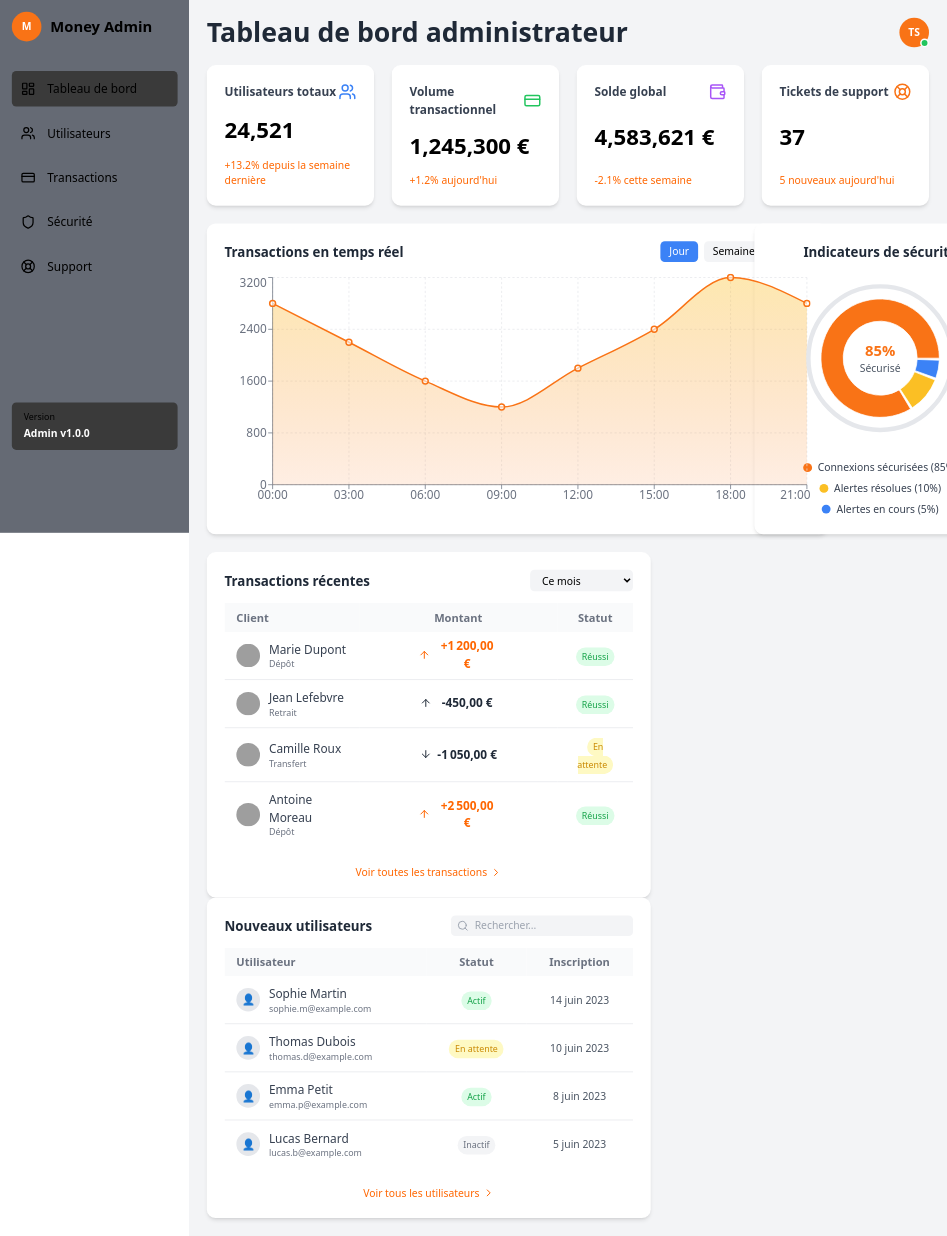
Repository: Edongo999/Dashboard
Page: /
An editor plug-in stored every save of this project. The page is shown before and after the next save, followed by the edit.
The browser window is 1280 px wide. The pictures show the whole page, at 74% of full size.
Pictures or frames that could not be fetched are drawn as grey boxes. The project was rebuilt for these pictures with package versions that can differ from the ones it lists, and the page was loaded fresh each time. Also part of the build but not shown: vite.config.ts.

Above is the page before, as saved 2025-10-14 13:16:12.

### index.html
<!doctype html>
<html lang="en">
  <head>
    <meta charset="UTF-8" />
    <link rel="icon" type="image/svg+xml" href="/vite.svg" />
    <meta name="viewport" content="width=device-width, initial-scale=1.0" />
    <title>mon_dashboard</title>
  </head>
  <body>
    <div id="root"></div>
    <script type="module" src="/src/main.tsx"></script>
  </body>
</html>

### src/App.tsx
import Sidebar from "./components/Sidebar"
import StatBlock from "./components/StatBlock"
import UserAvatar from "./components/UserAvatar"
import RealtimeChart from "./components/RealtimeChart"
import SecurityIndicators from "./components/SecurityIndicators"
import RecentActivity from "./components/RecentActivity" // ✅ AJOUT ICI
import { Users, CreditCard, Wallet, LifeBuoy } from "lucide-react"
import NewUsersTable from "./components/NewUsersTable"

const App = () => {
  const kpis = [
    {
      title: "Utilisateurs totaux",
      value: "24,521",
      subtext: "+13.2% depuis la semaine dernière",
      icon: <Users />,
      iconColor: "text-blue-500"
    },
    {
      title: "Volume transactionnel",
      value: "1,245,300 €",
      subtext: "+1.2% aujourd'hui",
      icon: <CreditCard />,
      iconColor: "text-green-500"
    },
    {
      title: "Solde global",
      value: "4,583,621 €",
      subtext: "-2.1% cette semaine",
      icon: <Wallet />,
      iconColor: "text-purple-500"
    },
    {
      title: "Tickets de support",
      value: "37",
      subtext: "5 nouveaux aujourd'hui",
      icon: <LifeBuoy />,
      iconColor: "text-orange-500"
    }
  ]

  return (
    <div className="flex min-h-screen">
      <Sidebar />
      <main className="flex-1 overflow-auto p-6 bg-[#F3F4F6]">
        {/* Titre + avatar */}
        <div className="flex items-center justify-between mb-6">
          <h1 className="text-4xl font-bold text-gray-800">
            Tableau de bord administrateur
          </h1>
          <UserAvatar />
        </div>

        {/* Cartes KPI */}
        <div className="grid grid-cols-1 sm:grid-cols-2 lg:grid-cols-4 gap-6 mb-6">
          {kpis.map((kpi, i) => (
            <StatBlock key={i} {...kpi} />
          ))}
        </div>

        {/* Section monitoring */}
        <div className="grid grid-cols-1 lg:grid-cols-2 gap-6 mb-6">
          <RealtimeChart />
          <SecurityIndicators />
        </div>

        {/* 🔧 Nouvelle section : Activité récente */}
        <RecentActivity />
        <NewUsersTable />
      </main>
    </div>
  )
}

export default App

### src/components/Sidebar.tsx
import {
  LayoutDashboard,
  Users,
  CreditCard,
  Shield,
  LifeBuoy,
  Menu
} from "lucide-react"
import { useState } from "react"

const Sidebar = () => {
  const [open, setOpen] = useState(false)
  const [active, setActive] = useState("Tableau de bord")

  const menuItems = [
    { label: "Tableau de bord", icon: <LayoutDashboard size={20} /> },
    { label: "Utilisateurs", icon: <Users size={20} /> },
    { label: "Transactions", icon: <CreditCard size={20} /> },
    { label: "Sécurité", icon: <Shield size={20} /> },
    { label: "Support", icon: <LifeBuoy size={20} /> }
  ]

  return (
    <>
      {/* Bouton hamburger mobile */}
      <button
        className="lg:hidden fixed top-4 left-4 z-50 bg-white p-2 rounded-md shadow-md"
        onClick={() => setOpen(!open)}
      >
        <Menu className="text-gray-800" />
      </button>

      {/* Sidebar */}
      <aside
        className={`fixed top-0 left-0 w-64 h-screen bg-[#656A74] text-neutral-content flex flex-col justify-between p-4 z-40 transition-transform duration-300 ${
          open ? "translate-x-0" : "-translate-x-full"
        } lg:translate-x-0 lg:static lg:block`}
        style={{ opacity: 1 }}
      >
        {/* Haut : logo */}
        <div>
          <div className="flex items-center gap-3 mb-10">
            <div className="bg-orange-500 text-white rounded-full w-10 h-10 flex items-center justify-center font-bold text-sm shrink-0">
              M
            </div>
            <span className="text-xl font-semibold whitespace-nowrap">Money Admin</span>
          </div>

          {/* Menu */}
          <ul className="space-y-3">
            {menuItems.map((item) => (
              <li key={item.label}>
                <a
                  onClick={() => setActive(item.label)}
                  className={`flex items-center gap-4 py-3 px-3 text-[16px] rounded-md transition-all duration-300 ${
                    active === item.label
                      ? "bg-[#3A3A3A]"
                      : "hover:bg-neutral-600 hover:scale-[1.02]"
                  }`}
                >
                  {item.icon}
                  {item.label}
                </a>
              </li>
            ))}
          </ul>
        </div>

        {/* Bloc version */}
        <div className="mt-40">
          <div className="bg-[#3A3A3A] rounded-md px-4 py-3 text-xs text-neutral-content/70">
            <p className="mb-1">Version</p>
            <span className="font-semibold text-sm text-white">Admin v1.0.0</span>
          </div>
        </div>
      </aside>
    </>
  )
}

export default Sidebar

### src/components/StatBlock.tsx
import { motion } from "framer-motion"

type StatBlockProps = {
  title: string
  value: string
  subtext: string
  icon: React.ReactNode
  iconColor: string
}

const StatBlock = ({ title, value, subtext, icon, iconColor }: StatBlockProps) => {
  return (
    <motion.div
      initial={{ opacity: 0, y: 30 }}
      animate={{ opacity: 1, y: 0 }}
      whileHover={{ scale: 1.03, y: -5 }}
      transition={{ duration: 0.3, ease: "easeOut" }}
      // 🔧 MODIFICATION ICI : largeur dynamique
      // Remplace `max-w-[240px]` par `flex-1` pour que chaque carte s’étire dans le layout
      className="bg-white shadow-md p-6 rounded-[12px] flex flex-col justify-between flex-1 h-[190px]"
    >
      <div className="flex justify-between items-center">
        <h3 className="text-base font-semibold text-gray-700">{title}</h3>
        <div className={`text-2xl ${iconColor}`}>{icon}</div>
      </div>
      <p className="text-3xl font-bold mt-2 text-black">{value}</p>
      <p className="text-sm mt-2 text-[#FF6600] font-medium">{subtext}</p>
    </motion.div>
  )
}

export default StatBlock

### src/components/UserAvatar.tsx
const UserAvatar = () => {
  return (
    <div className="relative">
      <div className="w-10 h-10 rounded-full bg-orange-500 text-white flex items-center justify-center font-bold text-sm">
        TS
      </div>
      <span className="absolute bottom-0 right-0 w-3 h-3 rounded-full border-2 border-white bg-green-500" />
    </div>
  )
}

export default UserAvatar

### src/components/RealtimeChart.tsx
import {
  AreaChart,
  Area,
  XAxis,
  YAxis,
  Tooltip,
  CartesianGrid,
  ResponsiveContainer
} from "recharts"
import { useState } from "react"

// 🔧 MODIFICATION ICI : valeurs fidèles à ton image
const datasets = {
  jour: [
    { time: "00:00", value: 2800 },
    { time: "03:00", value: 2200 },
    { time: "06:00", value: 1600 },
    { time: "09:00", value: 1200 },
    { time: "12:00", value: 1800 },
    { time: "15:00", value: 2400 },
    { time: "18:00", value: 3200 },
    { time: "21:00", value: 2800 }
  ],
  semaine: [
    { time: "Lun", value: 5400 },
    { time: "Mar", value: 6200 },
    { time: "Mer", value: 5800 },
    { time: "Jeu", value: 6900 },
    { time: "Ven", value: 7200 },
    { time: "Sam", value: 5100 },
    { time: "Dim", value: 4300 }
  ],
  mois: [
    { time: "S1", value: 18000 },
    { time: "S2", value: 22000 },
    { time: "S3", value: 19500 },
    { time: "S4", value: 25000 }
  ]
}

const RealtimeChart = () => {
  const [view, setView] = useState<"jour" | "semaine" | "mois">("jour")

  return (
    // 🔧 MODIFICATION ICI : largeur élargie à 840px
    <div className="bg-white rounded-[12px] shadow-md p-6 w-[840px]">
      <div className="flex items-center justify-between mb-4">
        <h2 className="text-lg font-semibold text-gray-800">Transactions en temps réel</h2>
        <div className="flex gap-2">
          {["jour", "semaine", "mois"].map((v) => (
            <button
              key={v}
              onClick={() => setView(v as "jour" | "semaine" | "mois")}
              className={`text-sm px-3 py-1 rounded-md ${
                view === v ? "bg-blue-500 text-white" : "bg-gray-100 hover:bg-gray-200"
              }`}
            >
              {v.charAt(0).toUpperCase() + v.slice(1)}
            </button>
          ))}
        </div>
      </div>

      {/* 🔧 MODIFICATION ICI : hauteur augmentée à h-80 */}
      <div className="h-80">
        <ResponsiveContainer width="100%" height="100%">
          <AreaChart data={datasets[view]}>
            <defs>
              <linearGradient id="colorValue" x1="0" y1="0" x2="0" y2="1">
                <stop offset="0%" stopColor="#FBBF24" stopOpacity={0.6} />
                <stop offset="100%" stopColor="#F97316" stopOpacity={0.2} />
              </linearGradient>
            </defs>

            {/* 🔧 Traits interrompus uniquement */}
            <CartesianGrid strokeDasharray="3 3" stroke="#E5E7EB" />
            <XAxis dataKey="time" stroke="#6B7280" />
            <YAxis stroke="#6B7280" />
            <Tooltip
              contentStyle={{ backgroundColor: "#fff", borderRadius: "8px", border: "none" }}
              labelStyle={{ color: "#374151", fontWeight: "500" }}
            />
            <Area
              type="monotone"
              dataKey="value"
              stroke="#F97316"
              strokeWidth={2}
              fill="url(#colorValue)"
              dot={{ r: 4, stroke: "#F97316", strokeWidth: 2, fill: "#fff" }}
            />
          </AreaChart>
        </ResponsiveContainer>
      </div>
    </div>
  )
}

export default RealtimeChart

### src/components/SecurityIndicators.tsx
import {
  PieChart,
  Pie,
  Cell,
  ResponsiveContainer
} from "recharts"

type SecurityLabel = "Connexions sécurisées" | "Alertes résolues" | "Alertes en cours"

const rawData: { name: SecurityLabel; value: number }[] = [
  { name: "Connexions sécurisées", value: 85 },
  { name: "Alertes résolues", value: 10 },
  { name: "Alertes en cours", value: 5 }
]

const COLOR_MAP: Record<SecurityLabel, string> = {
  "Connexions sécurisées": "#F97316",
  "Alertes résolues": "#FBBF24",
  "Alertes en cours": "#3B82F6"
}

const SecurityIndicators = () => {
  const total = rawData.reduce((sum, item) => sum + item.value, 0)

  const data = rawData.map((item) => ({
    ...item,
    percent: ((item.value / total) * 100).toFixed(0) + "%",
    color: COLOR_MAP[item.name]
  }))

  return (
    // 🔧 MODIFICATION ICI : contrôle du décalage horizontal
    // Pour décaler vers la droite, utilise `ml-2`, `ml-4`, `ml-6`, etc.
    // Pour centrer, retire `ml-*` et utilise `mx-auto`
    <div className="bg-white rounded-[12px] shadow-md p-6 w-[340px] h-[420px] ml-60 flex flex-col items-center justify-between">
      <h2 className="text-lg font-semibold text-gray-800">Indicateurs de sécurité</h2>

      {/* Donut + cercle externe */}
      <div className="relative flex items-center justify-center mt-2 mb-4">
        <div className="w-[200px] h-[200px] rounded-full border-[6px] border-gray-200 flex items-center justify-center">
          <div className="w-[160px] h-[160px]">
            <ResponsiveContainer width="100%" height="100%">
              <PieChart>
                <Pie
                  data={data}
                  dataKey="value"
                  innerRadius={50}
                  outerRadius={80}
                  paddingAngle={2}
                >
                  {data.map((item) => (
                    <Cell key={item.name} fill={item.color} />
                  ))}
                </Pie>
              </PieChart>
            </ResponsiveContainer>
          </div>

          {/* Texte centré */}
          <div className="absolute text-center">
            <p className="text-xl font-bold text-orange-500">85%</p>
            <p className="text-sm text-gray-600">Sécurisé</p>
          </div>
        </div>
      </div>

      {/* Légende en bas */}
      <div className="flex flex-col items-center gap-2 text-sm text-gray-700">
        {data.map((item) => (
          <div key={item.name} className="flex items-center gap-2">
            <span
              className="w-3 h-3 rounded-full"
              style={{ backgroundColor: item.color }}
            />
            <span>{item.name} ({item.percent})</span>
          </div>
        ))}
      </div>
    </div>
  )
}

export default SecurityIndicators

### src/components/RecentActivity.tsx
import { ChevronRight, ArrowUp, ArrowDown } from "lucide-react"

// ✅ Liste des transactions avec avatar personnalisé
const transactions = [
  {
    name: "Marie Dupont",
    type: "Dépôt",
    amount: "+1 200,00 €",
    status: "Réussi",
    avatar: "https://randomuser.me/api/portraits/women/44.jpg"
  },
  {
    name: "Jean Lefebvre",
    type: "Retrait",
    amount: "-450,00 €",
    status: "Réussi",
    avatar: "https://randomuser.me/api/portraits/men/32.jpg"
  },
  {
    name: "Camille Roux",
    type: "Transfert",
    amount: "-1 050,00 €",
    status: "En attente",
    avatar: "https://randomuser.me/api/portraits/women/65.jpg"
  },
  {
    name: "Antoine Moreau",
    type: "Dépôt",
    amount: "+2 500,00 €",
    status: "Réussi",
    avatar: "https://randomuser.me/api/portraits/men/15.jpg"
  }
]

const RecentActivity = () => {
  return (
    <div className="bg-white rounded-[12px] shadow-md p-6 w-full lg:max-w-[600px]">

      {/* ✅ Titre et filtre */}
      <div className="flex justify-between items-center mb-4">
        <h2 className="text-lg font-bold text-gray-800">Transactions récentes</h2>
        <select className="text-sm bg-gray-100 px-3 py-1 rounded-md">
          <option>Ce mois</option>
          <option>Cette semaine</option>
          <option>Aujourd'hui</option>
        </select>
      </div>

      {/* ✅ Tableau responsive */}
      <div className="overflow-x-auto">
        <table className="min-w-[500px] w-full text-[15px] text-left">
          <thead>
            <tr className="bg-[#F9FAFB] text-gray-500 font-normal">
              <th className="py-2 px-4">Client</th>
              <th className="py-2 px-20 text-center">Montant</th>
              <th className="py-2 px-4 text-center">Statut</th>
            </tr>
          </thead>
          <tbody className="divide-y divide-gray-200">
            {transactions.map((tx, i) => {
              const isDeposit = tx.type === "Dépôt"
              const arrowColor = isDeposit ? "#FF6600" : "#1F2937"
              const amountColor = isDeposit ? "text-[#FF6600]" : "text-[#1F2937]"
              const ArrowIcon = tx.status === "Réussi" ? ArrowUp : ArrowDown

              return (
                <tr key={i} className="text-gray-700 align-middle text-[16px]">

                  {/* ✅ Client avec avatar + nom + type */}
                  <td className="py-3 px-4">
                    <div className="flex items-center gap-3">
                      <img
                        src={tx.avatar}
                        alt={tx.name}
                        className="w-8 h-8 rounded-full object-cover"
                      />
                      <div>
                        <p className="font-medium">{tx.name}</p>
                        <p className="text-xs text-gray-500">{tx.type}</p>
                      </div>
                    </div>
                  </td>

                  {/* ✅ Montant bien reculé */}
                  <td className="py-3 px-20 text-center">
                    <div className="inline-flex items-center justify-center gap-2 h-6">
                      <ArrowIcon
                        className="w-4 h-4 font-bold shrink-0"
                        style={{ color: arrowColor, fontWeight: "bold" }}
                      />
                      <span className={`font-semibold ${amountColor} min-w-[80px]`}>
                        {tx.amount}
                      </span>
                    </div>
                  </td>

                  {/* ✅ Statut avec badge */}
                  <td className="py-3 px-4 text-center">
                    <span
                      className={`px-2 py-1 rounded-full text-xs font-medium ${
                        tx.status === "Réussi"
                          ? "bg-green-100 text-green-600"
                          : "bg-yellow-100 text-yellow-600"
                      }`}
                    >
                      {tx.status}
                    </span>
                  </td>
                </tr>
              )
            })}
          </tbody>
        </table>
      </div>

      {/* ✅ Bouton en bas */}
      <div className="mt-6 flex justify-center">
        <button className="text-sm text-[#FF6600] hover:underline flex items-center gap-1">
          Voir toutes les transactions <ChevronRight className="w-4 h-4" style={{ color: "#FF6600" }} />
        </button>
      </div>
    </div>
  )
}

export default RecentActivity

### src/components/NewUsersTable.tsx
import { ChevronRight, Search } from "lucide-react"

// ✅ Liste des utilisateurs simulés
const users = [
  {
    name: "Sophie Martin",
    email: "sophie.m@example.com",
    status: "Actif",
    date: "14 juin 2023"
  },
  {
    name: "Thomas Dubois",
    email: "thomas.d@example.com",
    status: "En attente",
    date: "10 juin 2023"
  },
  {
    name: "Emma Petit",
    email: "emma.p@example.com",
    status: "Actif",
    date: "8 juin 2023"
  },
  {
    name: "Lucas Bernard",
    email: "lucas.b@example.com",
    status: "Inactif",
    date: "5 juin 2023"
  }
]

const NewUsers = () => {
  return (
    <div className="bg-white rounded-[12px] shadow-md p-6 w-full lg:max-w-[600px]">

      {/* ✅ Titre et barre de recherche */}
      <div className="flex justify-between items-center mb-4">
        <h2 className="text-lg font-bold text-gray-800">Nouveaux utilisateurs</h2>
        <div className="relative">
          <input
            type="text"
            placeholder="Rechercher..."
            className="text-sm bg-gray-100 pl-8 pr-3 py-1 rounded-md"
          />
          <Search className="absolute left-2 top-1.5 w-4 h-4 text-gray-400" />
        </div>
      </div>

      {/* ✅ Tableau responsive */}
      <div className="overflow-x-auto">
        <table className="min-w-[500px] w-full text-[15px] text-left">
          <thead>
            <tr className="bg-[#F9FAFB] text-gray-500 font-normal">
              <th className="py-2 px-4">Utilisateur</th>
              <th className="py-2 px-4 text-center">Statut</th>
              <th className="py-2 px-4 text-center">Inscription</th>
            </tr>
          </thead>
          <tbody className="divide-y divide-gray-200">
            {users.map((user, i) => {
              const statusColor =
                user.status === "Actif"
                  ? "bg-green-100 text-green-600"
                  : user.status === "En attente"
                  ? "bg-yellow-100 text-yellow-600"
                  : "bg-gray-100 text-gray-500"

              return (
                <tr key={i} className="text-gray-700 align-middle text-[16px]">

                  {/* ✅ Nom + email + icône */}
                  <td className="py-3 px-4">
                    <div className="flex items-center gap-3">
                      <div className="w-8 h-8 rounded-full bg-gray-200 flex items-center justify-center">
                        <span className="text-gray-500 text-sm">👤</span>
                      </div>
                      <div>
                        <p className="font-medium">{user.name}</p>
                        <p className="text-xs text-gray-500">{user.email}</p>
                      </div>
                    </div>
                  </td>

                  {/* ✅ Statut avec badge */}
                  <td className="py-3 px-4 text-center">
                    <span className={`px-2 py-1 rounded-full text-xs font-medium ${statusColor}`}>
                      {user.status}
                    </span>
                  </td>

                  {/* ✅ Date d’inscription */}
                  <td className="py-3 px-4 text-center">
                    <span className="text-sm text-gray-600">{user.date}</span>
                  </td>
                </tr>
              )
            })}
          </tbody>
        </table>
      </div>

      {/* ✅ Lien en bas */}
      <div className="mt-6 flex justify-center">
        <button className="text-sm text-[#FF6600] hover:underline flex items-center gap-1">
          Voir tous les utilisateurs <ChevronRight className="w-4 h-4" style={{ color: "#FF6600" }} />
        </button>
      </div>
    </div>
  )
}

export default NewUsers

Loaded but not shown: src/main.tsx (common file); src/index.css (common file); tailwind.config.js (26 lines, source omitted)

After the next save:
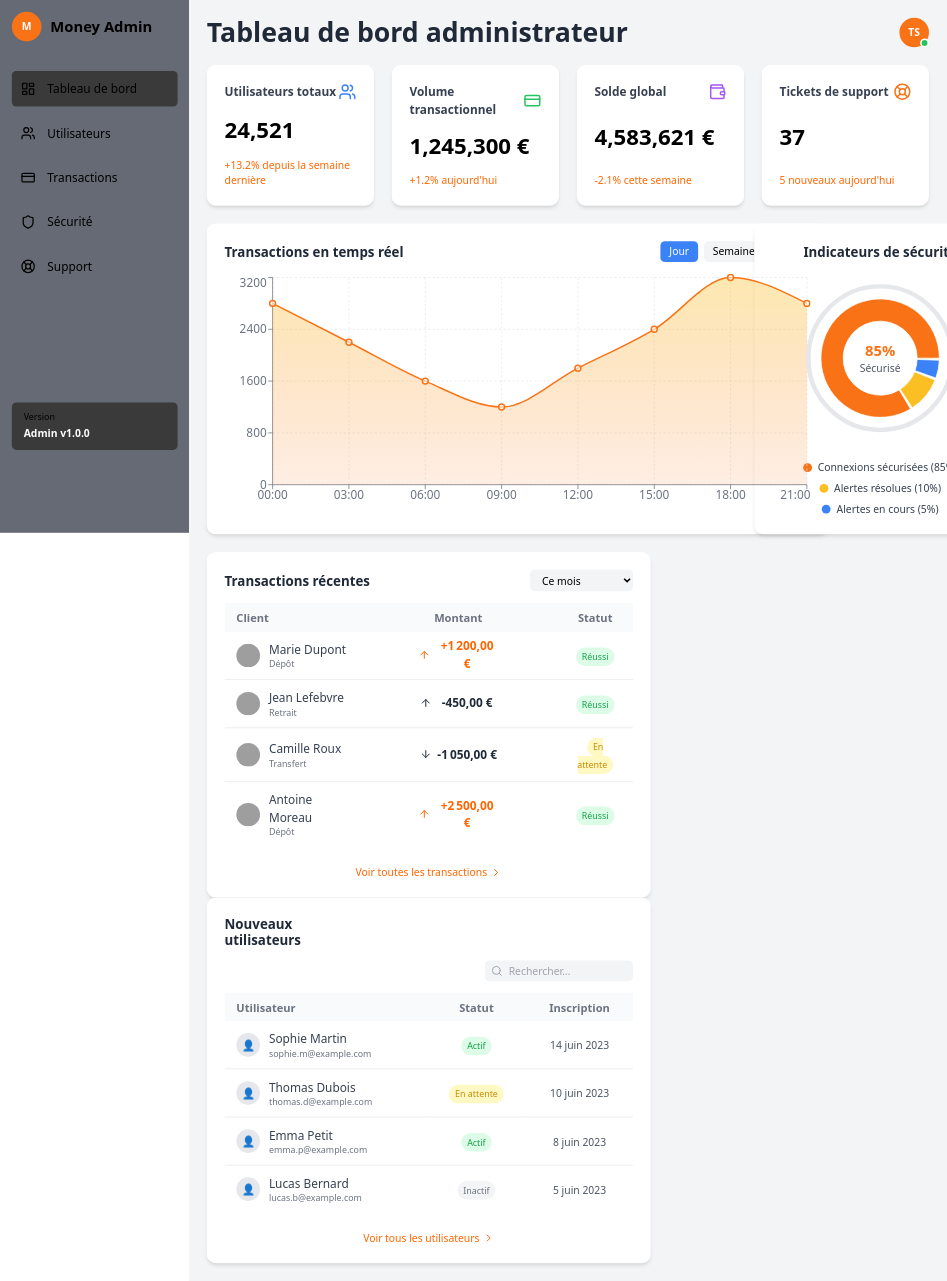
Saved 3 min 6 s later.
--- a/src/components/NewUsersTable.tsx
+++ b/src/components/NewUsersTable.tsx
@@ -1,6 +1,5 @@
 import { ChevronRight, Search } from "lucide-react"
 
-// ✅ Liste des utilisateurs simulés
 const users = [
   {
     name: "Sophie Martin",
@@ -32,14 +31,20 @@ const NewUsers = () => {
   return (
     <div className="bg-white rounded-[12px] shadow-md p-6 w-full lg:max-w-[600px]">
 
-      {/* ✅ Titre et barre de recherche */}
-      <div className="flex justify-between items-center mb-4">
-        <h2 className="text-lg font-bold text-gray-800">Nouveaux utilisateurs</h2>
-        <div className="relative">
+      {/* ✅ Titre sur deux lignes */}
+      <div className="mb-4">
+        <h2 className="text-lg font-bold text-gray-800 leading-tight">
+          Nouveaux<br />utilisateurs
+        </h2>
+      </div>
+
+      {/* ✅ Barre de recherche élargie */}
+      <div className="flex justify-end mb-4">
+        <div className="relative w-[200px]">
           <input
             type="text"
             placeholder="Rechercher..."
-            className="text-sm bg-gray-100 pl-8 pr-3 py-1 rounded-md"
+            className="text-sm bg-gray-100 pl-8 pr-3 py-1 rounded-md w-full"
           />
           <Search className="absolute left-2 top-1.5 w-4 h-4 text-gray-400" />
         </div>
@@ -66,8 +71,6 @@ const NewUsers = () => {
 
               return (
                 <tr key={i} className="text-gray-700 align-middle text-[16px]">
-
-                  {/* ✅ Nom + email + icône */}
                   <td className="py-3 px-4">
                     <div className="flex items-center gap-3">
                       <div className="w-8 h-8 rounded-full bg-gray-200 flex items-center justify-center">
@@ -80,14 +83,12 @@ const NewUsers = () => {
                     </div>
                   </td>
 
-                  {/* ✅ Statut avec badge */}
                   <td className="py-3 px-4 text-center">
                     <span className={`px-2 py-1 rounded-full text-xs font-medium ${statusColor}`}>
                       {user.status}
                     </span>
                   </td>
 
-                  {/* ✅ Date d’inscription */}
                   <td className="py-3 px-4 text-center">
                     <span className="text-sm text-gray-600">{user.date}</span>
                   </td>
@@ -98,7 +99,7 @@ const NewUsers = () => {
         </table>
       </div>
 
-      {/* ✅ Lien en bas */}
+      {/* ✅ Bouton en bas */}
       <div className="mt-6 flex justify-center">
         <button className="text-sm text-[#FF6600] hover:underline flex items-center gap-1">
           Voir tous les utilisateurs <ChevronRight className="w-4 h-4" style={{ color: "#FF6600" }} />
